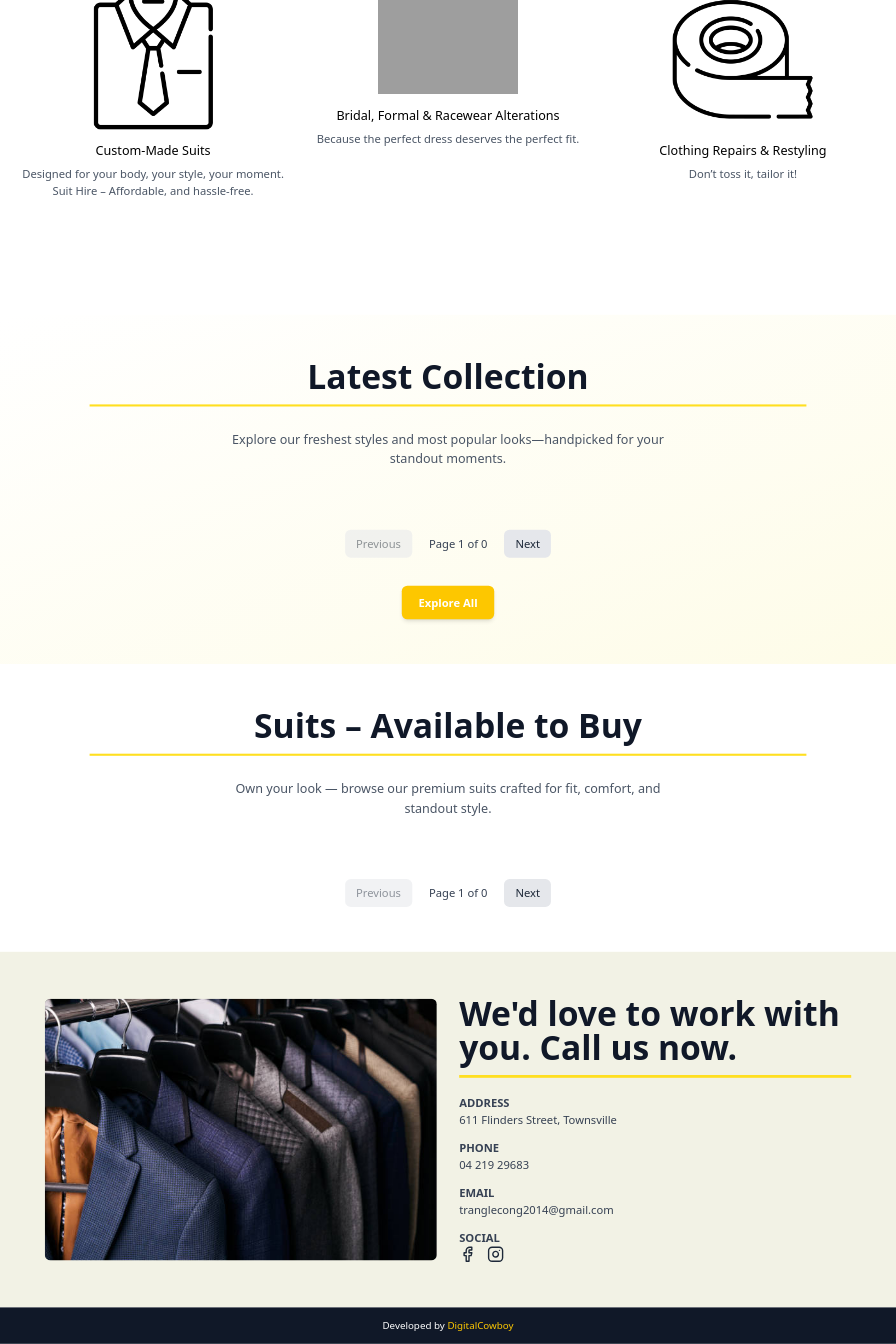
Repository: tarekhasan1/townsville-alteration
Page: /
The author's editor kept a copy of each file at every save. The page is drawn from the files as they stood at one save, then again after the next save.
The browser window is 1280 px wide. The pictures show the part of the page from y = 1514 to 3434 px (the page is 3434 px tall before and 3354 px after), at 70% of full size.
Pictures or frames that could not be fetched are drawn as grey boxes. The page's requests for data from a server got no answer. The project was rebuilt for these pictures with package versions that can differ from the ones it lists, and the page was loaded fresh each time. The framework's server and built-in components were replaced by stand-ins that run in the browser. No one was signed in, and anything a server would have sent is missing. Also part of the build but not shown: next.config.ts.

Above is the page before, as saved 2026-01-21 05:15:53.

### src/app/layout.tsx
// app/layout.tsx
import type { Metadata } from "next";
import { Geist, Geist_Mono } from "next/font/google";
import "./globals.css";
import Navbar from "@/components/Navbar";
import ContactSection from "@/components/ContactSection";
import DevelopedBy from "@/components/DevelopedBy";
import { headers } from "next/headers";
import LayoutShell from "@/components/LayoutShell";

const geistSans = Geist({
  variable: "--font-geist-sans",
  subsets: ["latin"],
});

const geistMono = Geist_Mono({
  variable: "--font-geist-mono",
  subsets: ["latin"],
});

export const metadata: Metadata = {
  title: "Townsville Alterations and Formal Wear | Tailoring, Suit Hire, Alterations",
  description: "Townsville Alterations and Formal Wear - Reinvent Your Wardrobe. Hire or tailor-make outfits that turn heads. Expert suit hire, bridal alterations, and tailoring in Townsville.",
  keywords: "Townsville Tailoring, Formal Wear Townsville, Suit Hire, Alterations, Wedding Dress Alterations, Custom Tailoring",
  authors: [{ name: "Townsville Alterations & Formal Wear" }],
  creator: "Townsville Alterations & Formal Wear",
  publisher: "Townsville Alterations & Formal Wear",
  robots: "index, follow",
  icons: "/logo.png",
};

export default function RootLayout({ children }: { children: React.ReactNode }) {
  return (
    <html lang="en">
      <body>
        <LayoutShell>{children}</LayoutShell>
      </body>
    </html>
  );
}

### src/app/page.tsx
import BannerCarousel from "@/components/BannerCarousel";
import LatestCollection from "@/components/LatestCollection";
import ServicesSection from "@/components/ServicesSection";
import SuitsForSaleSection from "@/components/SuitForSaleSection";
import TailoringSection from "@/components/TailoringSection";

export default function Home() {
  return (
    <div>
      <BannerCarousel/>
      <TailoringSection/>
      <ServicesSection/>
      <LatestCollection/>
      <SuitsForSaleSection/>
    </div>
  );
}

### src/app/globals.css
@import "tailwindcss";

:root {
  --background: #ffffff;
  --foreground: #171717;
}

### src/components/LayoutShell.tsx
// components/LayoutShell.tsx
'use client';

import { usePathname } from 'next/navigation';
import Navbar from '@/components/Navbar';
import ContactSection from '@/components/ContactSection';
import DevelopedBy from '@/components/DevelopedBy';

export default function LayoutShell({ children }: { children: React.ReactNode }) {
  const pathname = usePathname();
  const isAdminRoute = pathname.startsWith('/admin');

  return (
    <>
      {!isAdminRoute && <Navbar />}
      {children}
      {!isAdminRoute && (
        <>
          <ContactSection />
          <DevelopedBy />
        </>
      )}
    </>
  );
}

### src/components/BannerCarousel.tsx
"use client";
import { useState, useEffect } from "react";
import Image from "next/image";
import Link from "next/link";

const images = [
  "/3.jpeg",
  "/4.jpeg",
  "/5.jpeg",
  "/6.jpeg",
  "/8.jpeg",
  "/9.jpeg",
  "/12.jpeg",
  "/13.jpeg",
];

const BannerCarousel = () => {
  const [currentIndex, setCurrentIndex] = useState(0);

  useEffect(() => {
    const interval = setInterval(() => {
      setCurrentIndex((prevIndex) => (prevIndex + 1) % images.length);
    }, 5000);
    return () => clearInterval(interval);
  }, []);

  return (
    <div className="relative w-full min-h-[100vh] flex flex-col lg:flex-row items-center bg-white px-4 pt-[120px] lg:pt-0 lg:px-16 py-10">
      {/* Image Carousel */}
      <div className="relative w-full lg:w-1/2 h-96 lg:h-[500px] overflow-hidden">
        {images.map((src, index) => (
          <Image
            key={index}
            src={src}
            alt={`Townsville Alterations & Formal Wear Image ${index + 1}`}
            fill
            className={`absolute inset-0 transition-opacity duration-1000 rounded-lg ${index === currentIndex ? "opacity-100" : "opacity-0"} object-cover`}
          />
        ))}
      </div>

      {/* Text Section */}
      <header className="w-full lg:w-1/2 text-center lg:text-left mt-6 lg:mt-0 px-6">
        <h2 className="text-gray-800 text-lg uppercase tracking-wider">
          Reinvent Your Wardrobe. Or Hire One That Turns Heads.
        </h2>
        <h2 className="text-4xl lg:text-5xl font-semibold text-gray-900 mt-4">
          Townsville Alterations & Formal Wear
        </h2>
        <div className="mt-12">
          <Link
            href="/about-us"
            aria-label="Learn more about Townsville Alterations and Formal Wear"
            className="mt-6 border border-gray-800 px-6 py-3 text-gray-800 hover:bg-yellow-300 hover:cursor-pointer hover:text-gray-900 hover:ease-in-out hover:border-gray-50 transition-all"
          >
            Learn More
          </Link>
        </div>
      </header>
    </div>
  );
};

export default BannerCarousel;

### src/components/LatestCollection.tsx
"use client";

import { useState, useEffect } from "react";
import Image from "next/image";
import Link from "next/link";
import { collection, getDocs } from "firebase/firestore";
import { db } from "@/firebase/config";

const itemsPerPage = 6;

export default function LatestCollection() {
  const [images, setImages] = useState<string[]>([]);
  const [currentPage, setCurrentPage] = useState(0);

  useEffect(() => {
    const fetchImages = async () => {
      try {
        const snapshot = await getDocs(collection(db, "featured"));
        const urls = snapshot.docs.map((doc) => doc.data().url as string);
        setImages(urls);
      } catch (error) {
        console.error("Error fetching featured images:", error);
      }
    };

    fetchImages();
  }, []);

  const totalPages = Math.ceil(images.length / itemsPerPage);
  const paginatedImages = images.slice(
    currentPage * itemsPerPage,
    (currentPage + 1) * itemsPerPage
  );

  return (
    <section id="latest-collection" className="bg-gradient-to-br from-white to-yellow-50 py-16 px-6 md:px-12 lg:px-24 text-gray-800">
      <div className="max-w-7xl mx-auto text-center">
        <h2 className="text-4xl md:text-5xl font-bold text-gray-900 mb-4">
          Latest Collection
        </h2>
        <div className="w-[80vw] border-b border-[2px] border-yellow-300 mx-auto mb-8"></div>
        <p className="text-lg text-gray-600 max-w-2xl mx-auto mb-12">
          Explore our freshest styles and most popular looks—handpicked for your standout moments.
        </p>

        <div className="grid grid-cols-1 sm:grid-cols-2 md:grid-cols-3 gap-6">
          {paginatedImages.map((src, index) => (
            <div
              key={index}
              className="group relative overflow-hidden rounded-xl shadow-md hover:shadow-xl transition-transform duration-300 ease-in-out transform hover:scale-105"
            >
              <Image
                src={src}
                alt={`Latest formal wear and suit collection image ${index + 1} - Townsville Alterations`}
                width={500}
                height={600}
                className="w-full h-[300px] object-cover transition duration-300 group-hover:brightness-90"
              />
            </div>
          ))}
        </div>

        <div className="flex justify-center items-center mt-10 space-x-6">
          <button
            onClick={() => setCurrentPage((prev) => Math.max(prev - 1, 0))}
            disabled={currentPage === 0}
            className="px-4 py-2 bg-gray-200 text-gray-800 rounded-lg hover:bg-yellow-300 disabled:opacity-50 disabled:cursor-not-allowed transition"
          >
            Previous
          </button>

          <span className="text-gray-700 font-medium">
            Page {currentPage + 1} of {totalPages}
          </span>

          <button
            onClick={() => setCurrentPage((prev) => Math.min(prev + 1, totalPages - 1))}
            disabled={currentPage === totalPages - 1}
            className="px-4 py-2 bg-gray-200 text-gray-800 rounded-lg hover:bg-yellow-300 disabled:opacity-50 disabled:cursor-not-allowed transition"
          >
            Next
          </button>
        </div>

        <div className="mt-10">
          <Link
            href="/gallery"
            aria-label="Explore full gallery of Townsville Alterations and Formal Wear"
            className="inline-block px-6 py-3 bg-yellow-400 text-white font-semibold rounded-lg shadow-md hover:bg-yellow-500 transition"
          >
            Explore All
          </Link>
        </div>
      </div>
    </section>
  );
}

### src/components/ServicesSection.tsx
import Image from "next/image";

const services = [
  {
    icon: "/shirt-icon.png", // Replace with actual icon path
    title: "Custom-Made Suits",
    description: "Designed for your body, your style, your moment. Suit Hire – Affordable, and hassle-free."
  },
  {
    icon: "/dress-icon.png", // Replace with actual icon path
    title: "Bridal, Formal & Racewear Alterations",
    description: "Because the perfect dress deserves the perfect fit."
  },
  {
    icon: "/tape-icon.png", // Replace with actual icon path
    title: "Clothing Repairs & Restyling",
    description: "Don’t toss it, tailor it!"
  }
];

export default function ServicesSection() {
  return (
    <section className="py-12 text-center w-full min-h-[85vh]" aria-labelledby="services-section">
      <h2
        id="services-section"
        className="text-4xl md:text-5xl font-bold text-gray-900 mb-4"
        aria-describedby="services-description"
      >
        Services
      </h2>
      <div
        id="services-description"
        className="w-[80vw] border-b border-[2px] border-yellow-300 mx-auto mb-8"
      ></div>
      <div className="grid grid-cols-1 md:grid-cols-3 gap-8 mx-auto px-6">
        {services.map((service, index) => (
          <div key={index} className="flex flex-col items-center" aria-labelledby={`service-${index}-title`} aria-describedby={`service-${index}-desc`}>
            <Image
              src={service.icon}
              alt={service.title}
              width={200}
              height={200}
              className="mb-4"
              priority
            />
            <h3
              id={`service-${index}-title`}
              className="text-lg font-medium mb-2"
              aria-level={3}
            >
              {service.title}
            </h3>
            <p
              id={`service-${index}-desc`}
              className="text-gray-600"
              aria-labelledby={`service-${index}-title`}
            >
              {service.description}
            </p>
          </div>
        ))}
      </div>
    </section>
  );
}

### src/components/TailoringSection.tsx
/* eslint-disable react/no-unescaped-entities */
import Image from "next/image";

export default function TailoringSection() {
  return (
    <section id="tailoring-section" aria-labelledby="tailoring-section" className="bg-[#f0f1e6] py-16 px-6 md:px-16 lg:px-24">
      <div className="mx-auto grid grid-cols-1 md:grid-cols-2 gap-12 items-center">
        {/* Text Content */}
        <div>
          <h2 id="tailoring-section" className="text-4xl md:text-5xl font-bold text-gray-900 mb-4">
            Tailoring Perfection, One Stitch at a Time.
          </h2>
          <hr className="mb-4 md:mb-8 border-[2px] text-yellow-300"/>
          <p className="text-gray-700 text-lg mb-6">
            Whether you're looking for a tailor-made suit, a last-minute formalwear hire, or expert alterations, we’ve got you covered literally.
          </p>
          <p className="text-gray-700 text-lg">
            At Townsville Alterations & Formal Wear, we believe a perfect fit changes everything. Whether it’s a suit that makes you feel unstoppable, a wedding dress that fits like a dream, or a vintage jacket that just needs a little TLC, we’re here to make sure your wardrobe works for you. With decades of experience in custom tailoring, suit hire, and alterations, our team takes pride in bringing high-quality craftsmanship to Townsville’s fashion scene.
          </p>
        </div>

        {/* Image Content */}
        <div className="grid grid-cols-1 gap-6">
          <div className="relative w-full h-30 md:h-40">
            <Image
              src="/tailored-suit.jpg"
              alt="Tailored custom suits in Townsville"
              layout="fill"
              objectFit="cover"
              className="rounded-lg"
            />
          </div>
          <div className="relative w-full h-60 md:h-80">
            <Image
              src="/tape.jpg"
              alt="Measuring tape representing precision tailoring in Townsville"
              layout="fill"
              objectFit="cover"
              className="rounded-lg"
            />
          </div>
        </div>
      </div>
    </section>
  );
}

### src/components/DevelopedBy.tsx
// components/DevelopedBy.js

import React from 'react';

const DevelopedBy = () => {
  return (
    <footer className="bg-gray-900 text-white text-center py-4">
      <p className="text-sm">
        Developed by{' '}
        <a
          href="https://digitalcowboy.com.au"
          className="text-yellow-400 hover:underline"
          target="_blank"
          rel="noopener noreferrer"
        >
          DigitalCowboy
        </a>
      </p>
    </footer>
  );
};

export default DevelopedBy;

### src/firebase/config.ts
// Import the functions you need from the SDKs you need
import { initializeApp } from "firebase/app";
import { getFirestore } from 'firebase/firestore';
import { getStorage } from 'firebase/storage';
// TODO: Add SDKs for Firebase products that you want to use
// https://firebase.google.com/docs/web/setup#available-libraries

// Your web app's Firebase configuration
const firebaseConfig = {
  apiKey: process.env.NEXT_PUBLIC_FIREBASE_API_KEY,
  authDomain: process.env.NEXT_PUBLIC_FIREBASE_AUTH_DOMAIN,
  projectId: process.env.NEXT_PUBLIC_FIREBASE_PROJECT_ID,
  storageBucket: process.env.NEXT_PUBLIC_FIREBASE_STORAGE_BUCKET,
  messagingSenderId: process.env.NEXT_PUBLIC_FIREBASE_MESSAGING_SENDER_ID,
  appId: process.env.NEXT_PUBLIC_FIREBASE_APP_ID
};

// Initialize Firebase
const app = initializeApp(firebaseConfig);
export const db = getFirestore(app);
export const storage = getStorage(app);

### actions/client.action.ts
// lib/client.actions.ts
'use client';

import { collection, getDocs } from "firebase/firestore";
import { db } from "@/firebase/config";

export type CollectionType = 'gallery' | 'featured' | 'suits' | 'wedding-gowns';

export interface ImageData {
  id: string;
  url: string;
  fileName?: string;
  fileSize?: number;
  uploadedAt?: Date;
}

// Fetch images from a specific collection
export const fetchCollectionImages = async (collectionName: CollectionType): Promise<ImageData[]> => {
  try {
    const snapshot = await getDocs(collection(db, collectionName));
    const images = snapshot.docs.map((doc) => ({
      id: doc.id,
      url: doc.data().url as string,
      fileName: doc.data().fileName as string,
      fileSize: doc.data().fileSize as number,
      uploadedAt: doc.data().uploadedAt?.toDate() as Date,
    }));
    return images;
  } catch (error) {
    console.error(`Error fetching ${collectionName} images:`, error);
    throw new Error(`Failed to fetch ${collectionName} images`);
  }
};

// Fetch all images from all collections
export const fetchAllImages = async (): Promise<{
  gallery: ImageData[];
  featured: ImageData[];
  suits: ImageData[];
  weddingGowns: ImageData[];
}> => {
  try {
    const [gallery, featured, suits, weddingGowns] = await Promise.all([
      fetchCollectionImages('gallery'),
      fetchCollectionImages('featured'),
      fetchCollectionImages('suits'),
      fetchCollectionImages('wedding-gowns'),
    ]);

    return { gallery, featured, suits, weddingGowns };
  } catch (error) {
    console.error('Error fetching all images:', error);
    throw new Error('Failed to fetch images');
  }
};

// Fetch images with pagination
export const fetchPaginatedImages = async (
  collectionName: CollectionType,
  page: number,
  itemsPerPage: number
): Promise<{
  images: ImageData[];
  total: number;
  totalPages: number;
}> => {
  try {
    const allImages = await fetchCollectionImages(collectionName);
    const startIndex = page * itemsPerPage;
    const endIndex = startIndex + itemsPerPage;
    const paginatedImages = allImages.slice(startIndex, endIndex);
    const totalPages = Math.ceil(allImages.length / itemsPerPage);

    return {
      images: paginatedImages,
      total: allImages.length,
      totalPages,
    };
  } catch (error) {
    console.error(`Error fetching paginated ${collectionName} images:`, error);
    throw new Error(`Failed to fetch paginated ${collectionName} images`);
  }
};

Loaded but not shown: src/components/ImageGallery.tsx (186 lines, source omitted); src/components/Navbar.tsx (170 lines, source omitted); src/components/SuitForSaleSection.tsx (99 lines, source omitted); src/components/ContactSection.tsx (79 lines, source omitted)

After the next save:
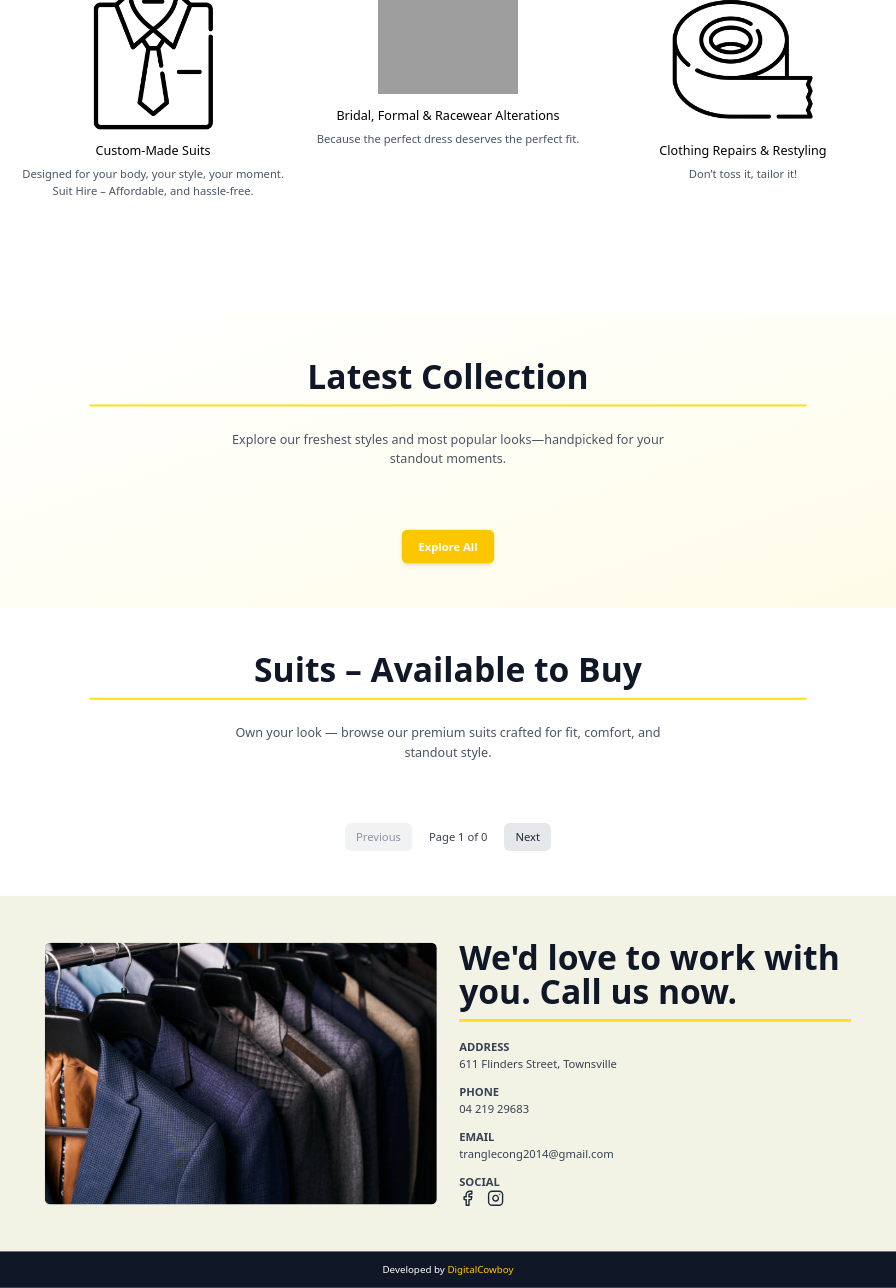
Saved 18 s later.
--- a/src/components/LatestCollection.tsx
+++ b/src/components/LatestCollection.tsx
@@ -1,97 +1,18 @@
-"use client";
+// components/LatestCollection.tsx
+'use client';
 
-import { useState, useEffect } from "react";
-import Image from "next/image";
-import Link from "next/link";
-import { collection, getDocs } from "firebase/firestore";
-import { db } from "@/firebase/config";
-
-const itemsPerPage = 6;
+import ImageGallery from "@/components/ImageGallery";
 
 export default function LatestCollection() {
-  const [images, setImages] = useState<string[]>([]);
-  const [currentPage, setCurrentPage] = useState(0);
-
-  useEffect(() => {
-    const fetchImages = async () => {
-      try {
-        const snapshot = await getDocs(collection(db, "featured"));
-        const urls = snapshot.docs.map((doc) => doc.data().url as string);
-        setImages(urls);
-      } catch (error) {
-        console.error("Error fetching featured images:", error);
-      }
-    };
-
-    fetchImages();
-  }, []);
-
-  const totalPages = Math.ceil(images.length / itemsPerPage);
-  const paginatedImages = images.slice(
-    currentPage * itemsPerPage,
-    (currentPage + 1) * itemsPerPage
-  );
-
   return (
-    <section id="latest-collection" className="bg-gradient-to-br from-white to-yellow-50 py-16 px-6 md:px-12 lg:px-24 text-gray-800">
-      <div className="max-w-7xl mx-auto text-center">
-        <h2 className="text-4xl md:text-5xl font-bold text-gray-900 mb-4">
-          Latest Collection
-        </h2>
-        <div className="w-[80vw] border-b border-[2px] border-yellow-300 mx-auto mb-8"></div>
-        <p className="text-lg text-gray-600 max-w-2xl mx-auto mb-12">
-          Explore our freshest styles and most popular looks—handpicked for your standout moments.
-        </p>
-
-        <div className="grid grid-cols-1 sm:grid-cols-2 md:grid-cols-3 gap-6">
-          {paginatedImages.map((src, index) => (
-            <div
-              key={index}
-              className="group relative overflow-hidden rounded-xl shadow-md hover:shadow-xl transition-transform duration-300 ease-in-out transform hover:scale-105"
-            >
-              <Image
-                src={src}
-                alt={`Latest formal wear and suit collection image ${index + 1} - Townsville Alterations`}
-                width={500}
-                height={600}
-                className="w-full h-[300px] object-cover transition duration-300 group-hover:brightness-90"
-              />
-            </div>
-          ))}
-        </div>
-
-        <div className="flex justify-center items-center mt-10 space-x-6">
-          <button
-            onClick={() => setCurrentPage((prev) => Math.max(prev - 1, 0))}
-            disabled={currentPage === 0}
-            className="px-4 py-2 bg-gray-200 text-gray-800 rounded-lg hover:bg-yellow-300 disabled:opacity-50 disabled:cursor-not-allowed transition"
-          >
-            Previous
-          </button>
-
-          <span className="text-gray-700 font-medium">
-            Page {currentPage + 1} of {totalPages}
-          </span>
-
-          <button
-            onClick={() => setCurrentPage((prev) => Math.min(prev + 1, totalPages - 1))}
-            disabled={currentPage === totalPages - 1}
-            className="px-4 py-2 bg-gray-200 text-gray-800 rounded-lg hover:bg-yellow-300 disabled:opacity-50 disabled:cursor-not-allowed transition"
-          >
-            Next
-          </button>
-        </div>
-
-        <div className="mt-10">
-          <Link
-            href="/gallery"
-            aria-label="Explore full gallery of Townsville Alterations and Formal Wear"
-            className="inline-block px-6 py-3 bg-yellow-400 text-white font-semibold rounded-lg shadow-md hover:bg-yellow-500 transition"
-          >
-            Explore All
-          </Link>
-        </div>
-      </div>
+    <section id="latest-collection">
+      <ImageGallery
+        collection="featured"
+        title="Latest Collection"
+        description="Explore our freshest styles and most popular looks—handpicked for your standout moments."
+        itemsPerPage={6}
+        showExploreButton={true}
+      />
     </section>
   );
 }
